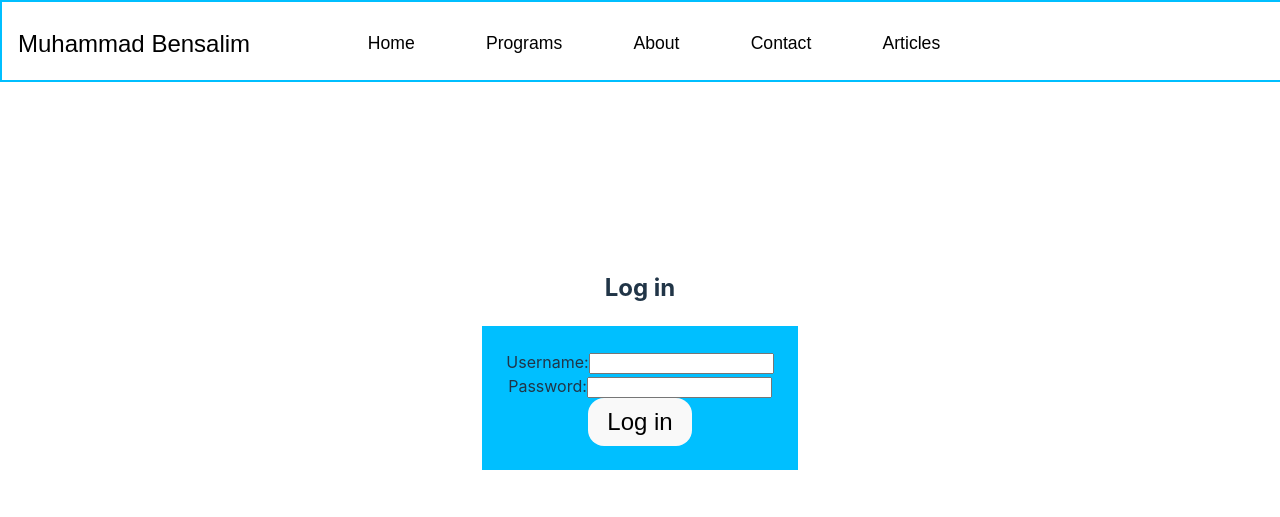
Repository: TMuse333/fitness_templates
Page: /progress
The author's editor kept a copy of each file at every save. The page is drawn from the files as they stood at one save, then again after a run of saves.
The browser window is 1280 px wide. The pictures show the whole page.
The project was rebuilt for these pictures with package versions that can differ from the ones it lists, and the page was loaded fresh each time. Also part of the build but not shown: vite.config.js, src/components/herobanner/herobanner.css, src/components/herobanner/herobanner.jsx, src/components/about/about.css, src/components/about/about.jsx, src/components/serviceOffering/serviceOffering.css, src/components/serviceOffering/serviceOffering.jsx, src/data/data.js and 33 more. Imported but missing from the stored project, and not drawn on this page: src/media/best_dunk.mp4.

Above is the page before, as saved 2024-03-09 19:22:11.

### src/main.jsx
import './index.css'
import * as React from 'react';
import { StrictMode } from 'react';
import { createRoot } from 'react-dom/client';
import { BrowserRouter } from 'react-router-dom';

import App from './App';

const rootElement = document.getElementById('root');
const root = createRoot(rootElement);

root.render(
  <StrictMode>
    <BrowserRouter>
      <App />
    </BrowserRouter>
  </StrictMode>
);

### src/index.css
:root {
  font-family: Inter, system-ui, Avenir, Helvetica, Arial, sans-serif;
  line-height: 1.5;
  font-weight: 400;

  color-scheme: light dark;
  color: rgba(255, 255, 255, 0.87);
  background-color: #242424;

  font-synthesis: none;
  text-rendering: optimizeLegibility;
  -webkit-font-smoothing: antialiased;
  -moz-osx-font-smoothing: grayscale;
}

a {
  font-weight: 500;

  text-decoration: inherit;
}
a:hover {

}

body {
  margin: 0;
  display: flex;
  place-items: center;
  min-width: 320px;
  min-height: 100vh;
}

h1 {
  font-size: 3.2em;
  line-height: 1.1;
}

button {
/* border: none;
  padding: 0.6em 1.2em;
  font-size: 1em;
  font-weight: 500;
  font-family: inherit;

  cursor: pointer;
  transition: border-color 0.25s;
  transition: all 0.3s ease-in; */
  background-color: #00bfff;

  font-size: 1.5rem;
  border-radius: 1rem;
  padding: 0.6rem 1.2rem;
  font-weight: 500;
  border: none;
  margin: 0 auto;
}
button:hover {
  /* transform: scale(1.3); */

}
button:focus,
button:focus-visible {
  outline: 4px auto -webkit-focus-ring-color;
}

@media (prefers-color-scheme: light) {
  :root {
    color: #213547;
    background-color: #ffffff;
  }
  a:hover {
    color: #747bff;
  }
  button {
    background-color: #f9f9f9;
  }
}

### src/App.jsx
import { useState } from 'react'

import './App.css'
import Homepage from '../pages/homepage'
import Program from '../pages/program';
import { BrowserRouter as Router, Route, Routes } from 'react-router-dom';
import Contact from '../pages/contact';
import About from '../pages/about';
import Articles from '../pages/articles';
import Progress from '../pages/progress';


function App() {
  const [count, setCount] = useState(0)

  return (
    <>
    <Routes>
      <Route path='/'
        element={<Homepage/>}
        />
        <Route path='programs'
        element={<Program/>}
        />
        <Route path='contact'
        element={<Contact/>}
        />
        <Route path='about'
        element={<About/>}
        />
        <Route path='articles'
        element={<Articles/>}
        />
        <Route path='progress'
        element={<Progress/>}
        />
    </Routes>

    </>
  )
}

export default App

### src/App.css
#root {
  max-width: 1280px;
  margin: 0 auto;
  padding: 2rem;
  text-align: center;
}

.logo {
  height: 6em;
  padding: 1.5em;
  will-change: filter;
  transition: filter 300ms;
}
.logo:hover {
  filter: drop-shadow(0 0 2em #646cffaa);
}
.logo.react:hover {
  filter: drop-shadow(0 0 2em #61dafbaa);
}

.homepage{
  position: absolute;
  left:0;
  top:0;
  overflow-x: hidden;
  background: radial-gradient(circle at center, rgba(1, 181, 241, 0.7), rgba(24, 60, 84, 0.7));
}

.program-container, .personal-container, .articles-container{
  position: absolute;
  top:0;
  left:0;
  overflow-x: hidden;
}

.program-video{
  background-color: red;
}

.questions-list{
  margin-bottom: 3rem;
}



@keyframes logo-spin {
  from {
    transform: rotate(0deg);
  }
  to {
    transform: rotate(360deg);
  }
}

@media (prefers-reduced-motion: no-preference) {
  a:nth-of-type(2) .logo {
    animation: logo-spin infinite 20s linear;
  }
}

.card {
  padding: 2em;
}

.read-the-docs {
  color: #888;
}

### pages/progress.jsx
import React from "react";
import Navbar from "../src/components/navbar/navbar";
import Login from "../src/components/login/Login";



const Progress = () => {

    const links = [
        {
            dest:'/',
            name:'Home'
          },
        {
            dest:'programs',
            name:'Programs'
        },
        {
            dest:'about',
            name:'About'
        },
        {
            dest:'contact',
            name:'Contact'
        },
        {
            dest:'articles',
            name:"Articles"
        },

    ]

    return (<>
<Navbar links={links}
/>
       <Login/>
        </>

    )
}


export default Progress

### src/components/navbar/navbar.jsx
import React, { useState,useEffect } from 'react';
// import { FaArrowLeft, FaArrowRight } from 'react-icons/fa';
import { Link } from 'react-router-dom';
import './navbar.css'

import nobg from '../../media/quantum-striker-pose.png'





const Navbar = ({links,id}) => {
  const [subMenuVisible, setSubMenuVisible] = useState(false);
  const [isMobile, setIsMobile] = useState(true)
  const [hovered, setHovered] = useState(false)
  const [navHovered, setNavHovered] = useState(null)

  const handleMouseEnter = () => {
    setHovered(true)
  }

  const handleMouseLeave = () => {
    setHovered(false)
  }

  const handleNavEnter = (index) => {
    setNavHovered(index);
  };

  const handleNavLeave = () => {
    setNavHovered(null);
  };

  const toggleSubMenu = () => {

    setSubMenuVisible(!subMenuVisible);
  };


  useEffect(() => {
    // Function to update sub-menu visibility when the screen width changes
    const handleResize = () => {
      const screenWidth = window.innerWidth;
      setIsMobile(!(screenWidth >= 865)); // Set subMenuVisible to true if screen width is at least 415 pixels
    };

    // Add a resize event listener to update the sub-menu visibility
    window.addEventListener('resize', handleResize);

    // Initial call to set sub-menu visibility based on current screen width
    handleResize();

    // Clean up the event listener when the component unmounts
    return () => {
      window.removeEventListener('resize', handleResize);
    };
  }, []);

  const style = {
height: isMobile && !subMenuVisible ? '0px' :  isMobile ? '190px' : 'auto',
overflowY:'hidden',
width: isMobile ?'80px':'auto',
backgroundImage: isMobile ? 'linear-gradient(to right, #00bfff, #4db8ff, #64bcff, #00bfff)' : null,
transition: isMobile? 'height 0.3s ease-in,padding 0.3s ease-in' : null,
marginTop: isMobile ? '1rem' : null,
borderRadius:'10px',
paddingTop:subMenuVisible ?'1rem' : '0'



  };

  const navStyle = (index) => {

    return{
      backgroundColor: navHovered === index? '#00bfff' : null,
      padding:'0 0.55rem 0 0.55rem',
      borderRadius:'7px',
      // color:navHovered === index? '#6c5933' : null,
    }
  }

  const logoStyle = {
    transform: hovered || subMenuVisible? 'scale(1.3)' : 'scale(1)',
    width:'50px',
    transition:'all ease-in 0.3s',
    backgroundColor:'transparent',
    marginTop:'-1rem'
  }

  return (

    <div className='navbar-container'
    id={id}>
    <p
          className='big-logo'
          style={logoStyle}
          />
    <div className='navbar-logo'>

   <Link to='/'
   className='home-nav'>


        <p className='navbar-logo'
      >Muhammad Bensalim</p>
       </Link>

      </div>




      <div className='list-container'>
        <button onClick={toggleSubMenu}

        className='mini-logo'

        >



       <img style={logoStyle}
       onMouseEnter={handleMouseEnter}
       onMouseLeave={handleMouseLeave}
       src={nobg}

 />
        </button>
        <ul
        className='nav-list'
        style={style}

         >

          {links.map((link,index) => (
            <Link to={link.dest}
            key={index}
            className='nav-link'>
                <li
                onMouseEnter={()=>handleNavEnter(index)}
                onMouseLeave={()=>handleNavLeave()}
                style={navStyle(index)}>
                  {link.name}
                </li>
            </Link>
          ))}

        </ul>
      </div>




       </div>

  );
};

export default Navbar;

### src/components/login/Login.jsx
import React from "react";
import './login.css'
const Login = () => {
  return (
    <>
      <div className="login-container">
        <h2>Log in</h2>
        <div className="login-box">
          <form>
            <div className="form-group">
              <label htmlFor="username">Username:</label>
              <input type="text" id="username" name="username" />
            </div>

            <div className="form-group">
              <label htmlFor="password">Password:</label>
              <input type="password" id="password" name="password" />
            </div>

            <button type="submit">Log in</button>
          </form>
        </div>
      </div>
    </>
  );
};

export default Login;

### src/components/navbar/navbar.css
/* Add this to your navbar.css file */

.navbar-container{


    position: fixed;
     width: 100vw;

     top: 0px;
     left:0px;
     background:rgba(255, 255, 255, 0.7) ;

     height: 70px;
     z-index: 30;
  padding-top: 0.5rem;
  border-bottom: 2px solid #333;

    border: 2px solid #00bfff;

   }

   #overview-nav{
    background: radial-gradient(circle at center, rgba(0, 153, 205, 0.7), rgba(48, 115, 160, 0.9));
   }

   .big-logo{
     display: none;
   }

   .list-container {
    color:white;
    transform: translateY(-2.5rem);
    width:min-content;
    margin-left: auto;
    /* background-color: #BE9F5B; */
    margin-right: 2rem;
  /* background: linear-gradient(to right, #6c5933, #be9f5b, #6c5933);; */



   }

   .nav-list{
     /* margin-right: 2rem; */
     width: 50px;
     align-items: center;
     display:flex;
     flex-direction: column;
     margin-right: -1.5rem;
     color:black;
     /* background-color: #BE9F5B;
     background: linear-gradient(to right, #6c5933, #be9f5b, #6c5933); */
   }

   .home-nav{
    text-decoration: none;
   }

   .list-container li{
     list-style-type: none;
     /* transform: translateX(-25%); */
     padding:10px;
     color:black;
     font-weight: 500;
     transform: translateX(-1rem);
     font-family: 'Palatino Sans', 'Palatino Sans Informal', 'Palatino Sans Text', 'Palatino Sans W1G', 'Palatino Sans W01', sans-serif;
    text-decoration: none;
    margin-top: 0.5rem;
    margin-bottom: 1rem;
    /* color:white; */



     /* margin-top: -2rem; */

   }

   .list-container li a {
    text-decoration: none;
    color:white;
   }

   .mini-logo {
     display: flex;
     justify-content: center;
     align-items: center;
     margin-top: -1rem;
     height: 2.5rem;
     width: 2rem; /* Set the width and height to make it a perfect circle */
     padding: 0; /* Remove padding */
     border-radius: 50%; /* Make it circular */
     margin-left: auto;

     /* margin-right: auto; */
     background-color: transparent;
     border-color: transparent;



   }

   .navbar-logo{
     color:black;
     text-align: left;
     margin-left: 0.5rem;
     font-family: 'Abhaya Libre', sans-serif;
     font-size: 1.3rem;
     margin-top: 1.3rem;
     /* background-color: #BE9F5B; */
     /* background-image: url(src/media/SAINEY-MEDIA.png); */

   }

   .nav-button::before,
   .nav-button::after {
     content: '';
     position: absolute;
     background-color: #d15959; /* Set the color of the lines */
     height: 2px; /* Set the height of the lines */
     width: 10%; /* Set the width of the lines */
   }

   .nav-button::before {
     top: 5%;
   }

   .nav-button::after {
     top: 8%;
   }

  .nav-link{
  text-decoration: none;
  color:white;
  }

  @media screen and (min-width:400px){
    .mini-logo{
      margin-right: 1.5rem;
    }
  }



   @media screen and (min-width: 865px)  {
     .nav-list {
       display: flex;
       width:max-content;
       flex-direction: row;
       justify-content: space-between;
       padding:0 5px 0 5px;
       margin-top: -0.8rem;
       height:100%;
       /* transform: translateX(1rem); */
       /* background-color: rgb(38, 37, 79); */
       /* background-color: #d15959; */




       /* background-color: ; */
     }

     /* .navbar-container{
      width:98vw;
     } */

     .list-container{
      width:45vw;
      margin-top: -1.5rem;
     }

     .list-container li{
      font-size: 1.1rem;
      font-weight: 400;
     }



     .nav-button{
       /* display: none; */
     }

     .list-container li{
       transform: translateX(0rem);
       white-space: nowrap;
       padding:0;
     }

     .list-container{

       margin-left: auto;
       margin-right: auto;
     }

     .mini-logo{
       display: none;
     }

     .navbar-logo{
      font-size: 1.5rem;
      margin-top: 1rem;
     }

     .big-logo{
       position: absolute;
       right:2rem;
       display: flex;
       top:1rem;
     }

     /* .navbar-logo{
       display: none;
     } */
   }

### src/components/login/login.css
.login-box{
    background-color: #00bfff;
    padding:1.5rem
}

Loaded but not shown: index.html (common file)

After the next 2 saves:
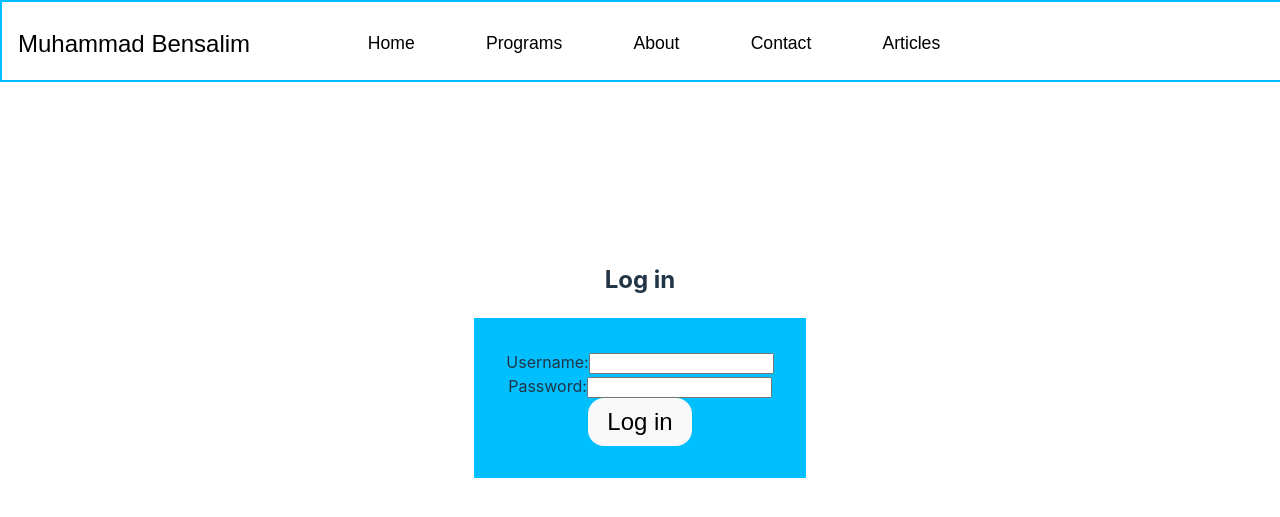
The 2 saves are shown as one change because they came seconds apart.
The last was saved 6 s later.
--- a/src/components/login/login.css
+++ b/src/components/login/login.css
@@ -1,4 +1,4 @@
 .login-box{
     background-color: #00bfff;
-    padding:1.5rem
+    padding:2rem;
 }
